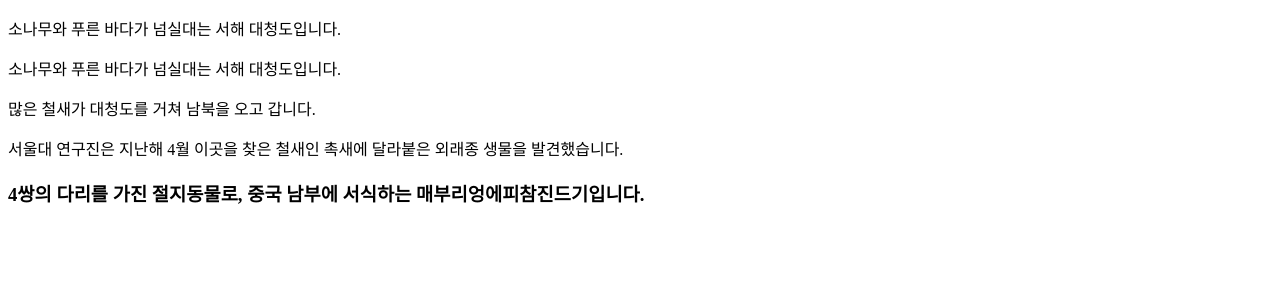
Repository: suhong99/JqueryLecture
Page: sample01/src/main/webapp/index3.html
The author's editor kept a copy of each file at every save. The page is drawn from the files as they stood at one save, then again after the next save.
The browser window is 1280 px wide. The pictures show the whole page.
After loading, the first visible `#demo` was clicked once.

Above is the page before, as saved 2023-06-26 02:33:37.

### sample01/src/main/webapp/index3.html
<!DOCTYPE html>
<html>
<head>
<meta charset="UTF-8">
<title>Insert title here</title>
<script src="https://code.jquery.com/jquery-3.6.4.min.js"></script>

</head>
<body>
<p>소나무와 푸른 바다가 넘실대는 서해 대청도입니다. </p>

<div>
	<p>소나무와 푸른 바다가 넘실대는 서해 대청도입니다. </p>

	<p id="demo">많은 철새가 대청도를 거쳐 남북을 오고 갑니다. </p>

	<p class ="cls">서울대 연구진은 지난해 4월 이곳을 찾은 철새인 촉새에 달라붙은 외래종 생물을 발견했습니다.</p>
	<h3 class='cls'>4쌍의 다리를 가진 절지동물로, 중국 남부에 서식하는 매부리엉에피참진드기입니다.</h3>
</div>

<script type="text/javascript">
// 접근 구분

$("p").click(function(){
	alert($(this).text());
});
</script>
</body>
</html>

After the next save:
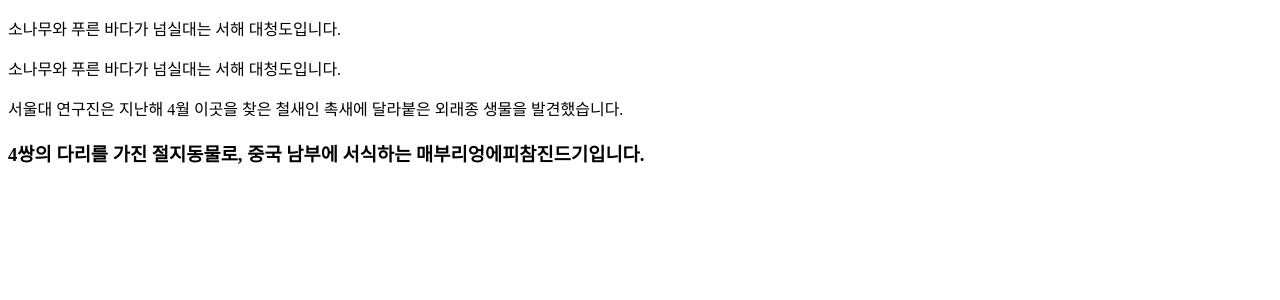
Saved 61 s later.
--- a/sample01/src/main/webapp/index3.html
+++ b/sample01/src/main/webapp/index3.html
@@ -24,6 +24,10 @@
 $("p").click(function(){
 	alert($(this).text());
 });
+
+$("div p").click(function(){
+	$(this).hide();
+});
 </script>
 </body>
 </html>
